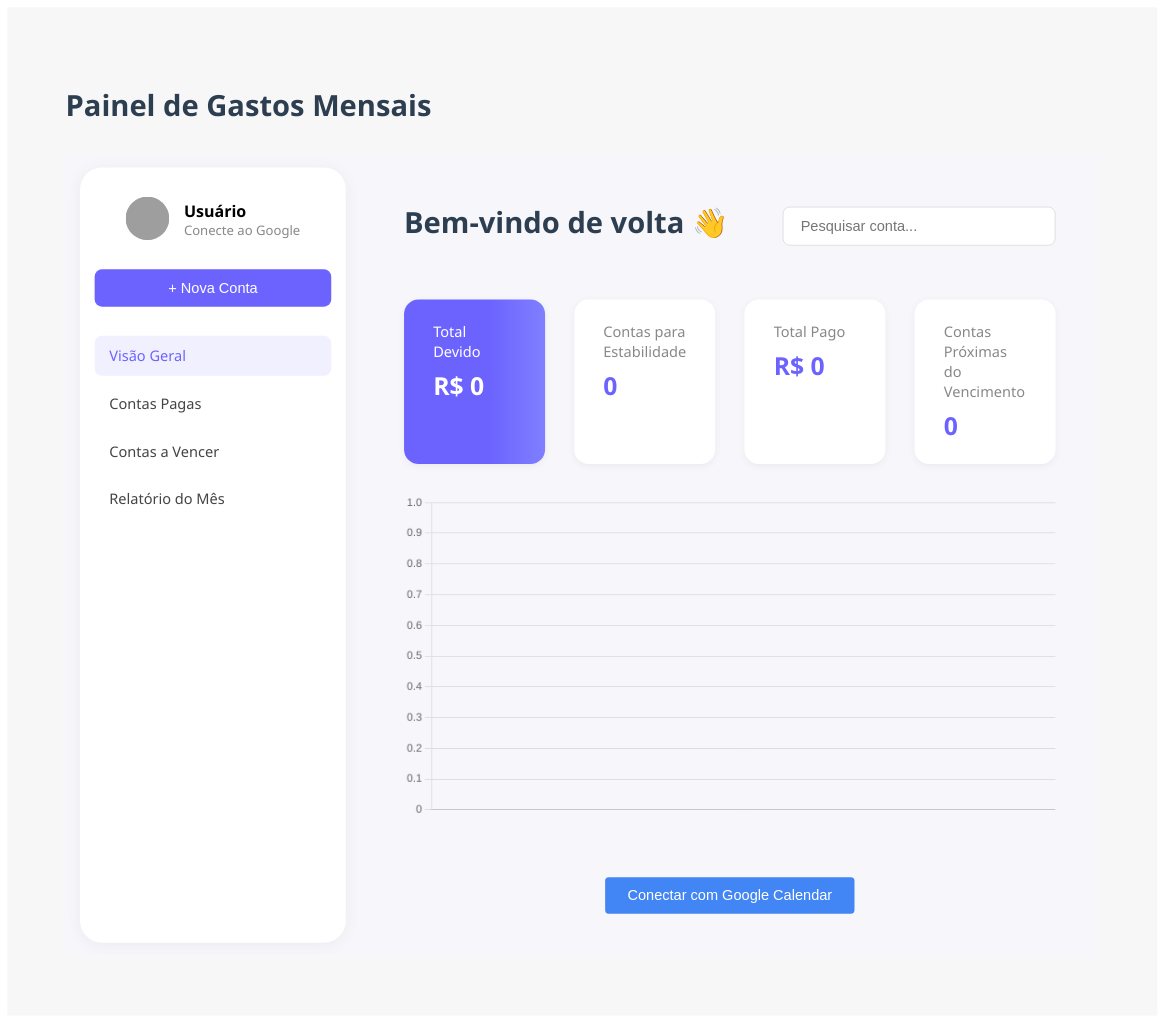
Repository: Matheus904-12/Projects-Part
Page: / (app in Gastos/)
These files come from the project's save history. The page is drawn as it stood at one moment and after the next save; the edit follows.
The browser window is 1280 px wide. The pictures show the whole page, at 91% of full size.
Pictures or frames that could not be fetched are drawn as grey boxes. The project was rebuilt for these pictures with package versions that can differ from the ones it lists, and the page was loaded fresh each time. Also part of the build but not shown: Gastos/src/components/ExportarRelatorio.vue.

Above is the page before, as saved 2025-08-28 20:12:21.

### Gastos/src/App.vue
<template>
  <div id="app">
    <h1>Painel de Gastos Mensais</h1>
    <GastosDashboard />
  </div>
</template>

<script>
import GastosDashboard from './components/GastosDashboard.vue';

export default {
  name: 'App',
  components: {
    GastosDashboard
  }
};
</script>

<style>
#app {
  font-family: 'Segoe UI', Arial, sans-serif;
  background: #f7f7f7;
  min-height: 100vh;
  padding: 2rem;
}
h1 {
  color: #2c3e50;
  margin-bottom: 2rem;
}
</style>

### Gastos/src/components/GastosDashboard.vue
<template>
  <div class="dashboard-layout">
    <aside class="sidebar">
      <div class="profile">
        <img src="https://www.gravatar.com/avatar?d=mp" alt="Avatar" class="avatar" />
        <div>
          <div class="user-name">{{ googleUser.name || 'Usuário' }}</div>
          <div class="user-email">{{ googleUser.email || 'Conecte ao Google' }}</div>
        </div>
      </div>
      <nav>
        <button @click="showForm = true">+ Nova Conta</button>
        <ul>
          <li :class="{active: activeTab === 'overview'}" @click="activeTab = 'overview'">Visão Geral</li>
          <li :class="{active: activeTab === 'paid'}" @click="activeTab = 'paid'">Contas Pagas</li>
          <li :class="{active: activeTab === 'due'}" @click="activeTab = 'due'">Contas a Vencer</li>
          <li :class="{active: activeTab === 'report'}" @click="activeTab = 'report'">Relatório do Mês</li>
        </ul>
      </nav>
    </aside>
    <main class="main-content">
      <header class="main-header">
        <h1>Bem-vindo de volta 👋</h1>
        <input v-model="search" placeholder="Pesquisar conta..." class="search" />
      </header>
      <section v-if="activeTab === 'overview'">
        <div class="cards">
          <div class="card highlight">
            <div class="card-title">Total Devido</div>
            <div class="card-value">R$ {{ totalDevido }}</div>
          </div>
          <div class="card">
            <div class="card-title">Contas para Estabilidade</div>
            <div class="card-value">{{ contasRestantes }}</div>
          </div>
          <div class="card">
            <div class="card-title">Total Pago</div>
            <div class="card-value">R$ {{ totalPago }}</div>
          </div>
          <div class="card">
            <div class="card-title">Contas Próximas do Vencimento</div>
            <div class="card-value">{{ contasVencendo }}</div>
          </div>
        </div>
        <GraficoGastos :gastos="gastos" />
      </section>
      <section v-if="activeTab === 'paid'">
        <h2>Contas Pagas no Mês</h2>
        <ul>
          <li v-for="g in contasPagas" :key="g.id">{{ g.descricao }} - R$ {{ g.valor }} ({{ g.categoria }})</li>
        </ul>
      </section>
      <section v-if="activeTab === 'due'">
        <h2>Contas a Vencer</h2>
        <ul>
          <li v-for="g in contasAVencer" :key="g.id">{{ g.descricao }} - R$ {{ g.valor }} (Vence em {{ g.dataVencimento }})</li>
        </ul>
      </section>
      <section v-if="activeTab === 'report'">
        <ExportarRelatorio :gastos="gastos" />
      </section>
      <section class="calendar-section">
        <GoogleCalendarPanel />
      </section>
      <div v-if="showForm" class="modal">
        <form @submit.prevent="adicionarGasto" class="form-modal">
          <h2>Nova Conta</h2>
          <input v-model="novoGasto.descricao" placeholder="Descrição" required />
          <input v-model.number="novoGasto.valor" type="number" placeholder="Valor" required />
          <input v-model="novoGasto.categoria" placeholder="Categoria" required />
          <input v-model="novoGasto.dataVencimento" type="date" required />
          <button type="submit">Salvar</button>
          <button type="button" @click="showForm = false">Cancelar</button>
        </form>
      </div>
    </main>
  </div>
</template>

<script>
import GraficoGastos from './GraficoGastos.vue';
import ExportarRelatorio from './ExportarRelatorio.vue';
import GoogleCalendarPanel from './GoogleCalendarPanel.vue';

export default {
  name: 'GastosDashboard',
  components: { GraficoGastos, ExportarRelatorio, GoogleCalendarPanel },
  data() {
    return {
      googleUser: {
        name: '',
        email: ''
      },
      activeTab: 'overview',
      showForm: false,
      search: '',
      gastos: [],
      novoGasto: {
        descricao: '',
        valor: 0,
        categoria: '',
        dataVencimento: ''
      }
    };
  },
  computed: {
    totalDevido() {
      return this.gastos.filter(g => !g.pago).reduce((acc, g) => acc + g.valor, 0);
    },
    contasRestantes() {
      return this.gastos.filter(g => !g.pago).length;
    },
    totalPago() {
      return this.gastos.filter(g => g.pago).reduce((acc, g) => acc + g.valor, 0);
    },
    contasVencendo() {
      const hoje = new Date();
      return this.gastos.filter(g => !g.pago && new Date(g.dataVencimento) - hoje < 3 * 24 * 60 * 60 * 1000).length;
    },
    contasPagas() {
      return this.gastos.filter(g => g.pago && this.isMesAtual(g.dataVencimento));
    },
    contasAVencer() {
      const hoje = new Date();
      return this.gastos.filter(g => !g.pago && new Date(g.dataVencimento) >= hoje);
    }
  },
  methods: {
    adicionarGasto() {
      this.gastos.push({ ...this.novoGasto, pago: false, id: Date.now() });
      this.novoGasto = { descricao: '', valor: 0, categoria: '', dataVencimento: '' };
      this.showForm = false;
    },
    removerGasto(index) {
      this.gastos.splice(index, 1);
    },
    marcarComoPago(id) {
      const gasto = this.gastos.find(g => g.id === id);
      if (gasto) gasto.pago = true;
    },
    isMesAtual(data) {
      const d = new Date(data);
      const hoje = new Date();
      return d.getMonth() === hoje.getMonth() && d.getFullYear() === hoje.getFullYear();
    }
  }
};
</script>

<style scoped>
.dashboard-layout {
  display: flex;
  min-height: 100vh;
  background: #f7f7fb;
}
.sidebar {
  width: 260px;
  background: #fff;
  border-radius: 24px;
  margin: 1rem;
  padding: 2rem 1rem;
  box-shadow: 0 2px 16px rgba(44,62,80,0.07);
  display: flex;
  flex-direction: column;
  align-items: center;
}
.profile {
  display: flex;
  align-items: center;
  gap: 1rem;
  margin-bottom: 2rem;
}
.avatar {
  width: 48px;
  height: 48px;
  border-radius: 50%;
  background: #eee;
}
.user-name {
  font-weight: bold;
  font-size: 1.1rem;
}
.user-email {
  font-size: 0.9rem;
  color: #888;
}
nav {
  width: 100%;
}
nav button {
  width: 100%;
  background: #6c63ff;
  color: #fff;
  border: none;
  border-radius: 8px;
  padding: 0.7rem;
  font-size: 1rem;
  margin-bottom: 1rem;
  cursor: pointer;
}
nav ul {
  list-style: none;
  padding: 0;
}
nav li {
  padding: 0.7rem 1rem;
  border-radius: 8px;
  margin-bottom: 0.5rem;
  cursor: pointer;
  color: #444;
  transition: background 0.2s;
}
nav li.active, nav li:hover {
  background: #f0f0ff;
  color: #6c63ff;
}
.main-content {
  flex: 1;
  padding: 2rem 3rem;
  display: flex;
  flex-direction: column;
}
.main-header {
  display: flex;
  justify-content: space-between;
  align-items: center;
  margin-bottom: 2rem;
}
.main-header h1 {
  font-size: 2rem;
  color: #2c3e50;
}
.search {
  padding: 0.7rem 1.2rem;
  border-radius: 8px;
  border: 1px solid #ddd;
  font-size: 1rem;
  width: 260px;
}
.cards {
  display: flex;
  gap: 2rem;
  margin-bottom: 2rem;
}
.card {
  background: #fff;
  border-radius: 16px;
  box-shadow: 0 2px 8px rgba(44,62,80,0.07);
  padding: 1.5rem 2rem;
  flex: 1;
  display: flex;
  flex-direction: column;
  align-items: flex-start;
}
.card-title {
  font-size: 1rem;
  color: #888;
  margin-bottom: 0.5rem;
}
.card-value {
  font-size: 1.7rem;
  font-weight: bold;
  color: #6c63ff;
}
.card.highlight {
  background: linear-gradient(90deg,#6c63ff 60%,#7f7fff 100%);
  color: #fff;
}
.card.highlight .card-title {
  color: #fff;
}
.card.highlight .card-value {
  color: #fff;
}
.calendar-section {
  margin-top: 2rem;
}
.modal {
  position: fixed;
  top: 0; left: 0; right: 0; bottom: 0;
  background: rgba(0,0,0,0.15);
  display: flex;
  align-items: center;
  justify-content: center;
}
.form-modal {
  background: #fff;
  border-radius: 16px;
  box-shadow: 0 2px 16px rgba(44,62,80,0.07);
  padding: 2rem;
  min-width: 320px;
  display: flex;
  flex-direction: column;
  gap: 1rem;
}
.form-modal input, .form-modal button {
  padding: 0.7rem;
  border-radius: 8px;
  border: 1px solid #ddd;
  font-size: 1rem;
}
.form-modal button {
  background: #6c63ff;
  color: #fff;
  border: none;
  cursor: pointer;
}
</style>

### Gastos/src/components/GraficoGastos.vue
<template>
  <div>
    <canvas ref="canvas"></canvas>
  </div>
</template>

<script>
import { onMounted, ref, watch } from 'vue';
import Chart from 'chart.js/auto';

export default {
  name: 'GraficoGastos',
  props: {
    gastos: {
      type: Array,
      required: true
    }
  },
  setup(props) {
    const canvas = ref(null);
    let chartInstance = null;

    const renderChart = () => {
      const categorias = {};
      props.gastos.forEach(g => {
        categorias[g.categoria] = (categorias[g.categoria] || 0) + g.valor;
      });
      const data = {
        labels: Object.keys(categorias),
        datasets: [{
          label: 'Gastos por Categoria',
          data: Object.values(categorias),
          backgroundColor: ['#2c3e50', '#3498db', '#e67e22', '#e74c3c', '#1abc9c']
        }]
      };
      if (chartInstance) chartInstance.destroy();
      chartInstance = new Chart(canvas.value, {
        type: 'bar',
        data,
        options: {
          responsive: true,
          plugins: {
            legend: { display: false }
          }
        }
      });
    };

    onMounted(renderChart);
    watch(() => props.gastos, renderChart, { deep: true });

    return { canvas };
  }
};
</script>

### Gastos/src/components/GoogleCalendarPanel.vue
<template>
  <div class="calendar-panel">
    <button @click="loginGoogle">Conectar com Google Calendar</button>
    <div v-if="calendarUrl">
      <iframe :src="calendarUrl" width="100%" height="600" style="border:0;"></iframe>
    </div>
  </div>
</template>

<script>
export default {
  name: 'GoogleCalendarPanel',
  data() {
    return {
      calendarUrl: ''
    };
  },
  methods: {
    loginGoogle() {
      // Substitua pelo seu calendarId do Google
      const calendarId = 'primary';
      // Exemplo de URL pública do Google Calendar (para visualização mensal)
      this.calendarUrl = `https://calendar.google.com/calendar/embed?src=${calendarId}&ctz=America/Sao_Paulo`;
      // Para integração OAuth2 real, utilize a API do Google
    }
  }
};
</script>

<style scoped>
.calendar-panel {
  margin-top: 2rem;
  text-align: center;
}
button {
  background: #4285f4;
  color: #fff;
  border: none;
  padding: 0.7rem 1.5rem;
  border-radius: 4px;
  font-size: 1rem;
  cursor: pointer;
  margin-bottom: 1rem;
}
iframe {
  border-radius: 8px;
  box-shadow: 0 2px 8px rgba(0,0,0,0.05);
}
</style>

Loaded but not shown: Gastos/src/main.js (common file)

After the next save:
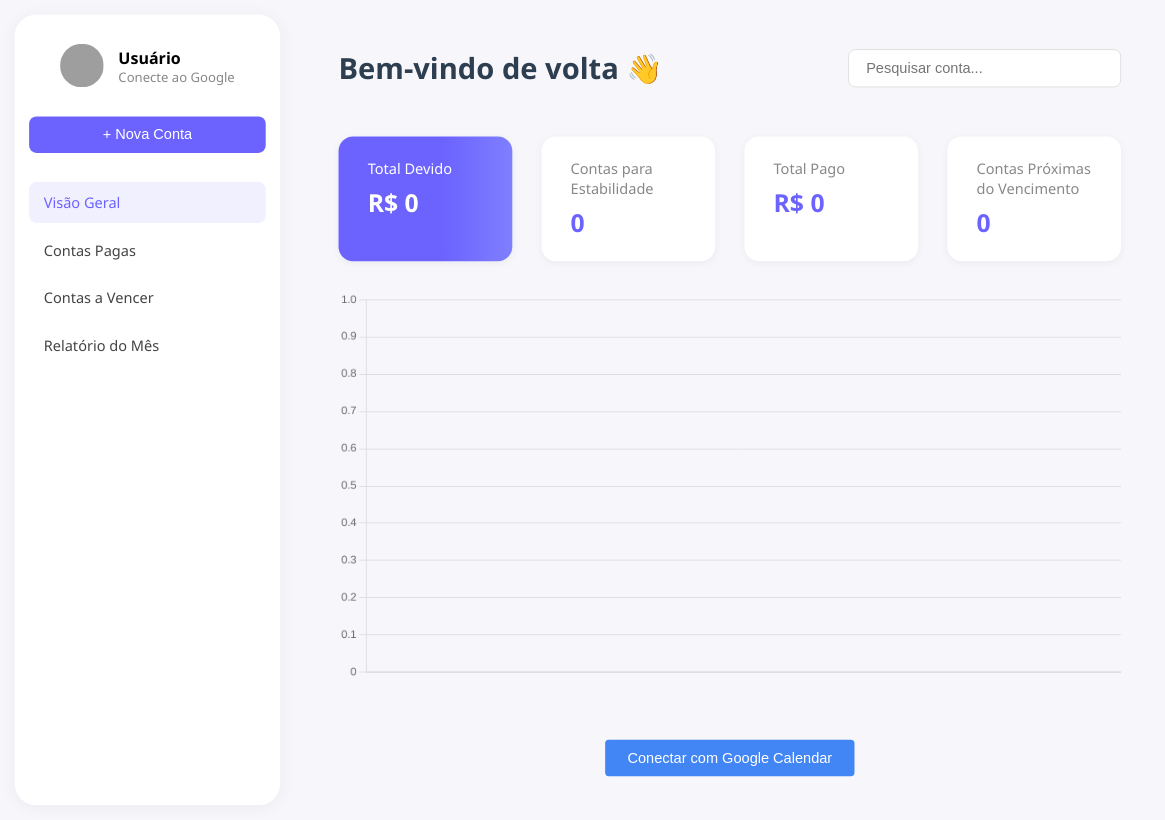
Saved 86 s later.
--- a/Gastos/src/App.vue
+++ b/Gastos/src/App.vue
@@ -1,8 +1,5 @@
 <template>
-  <div id="app">
-    <h1>Painel de Gastos Mensais</h1>
-    <GastosDashboard />
-  </div>
+  <GastosDashboard />
 </template>
 
 <script>
@@ -17,14 +14,9 @@ export default {
 </script>
 
 <style>
-#app {
+body {
   font-family: 'Segoe UI', Arial, sans-serif;
-  background: #f7f7f7;
-  min-height: 100vh;
-  padding: 2rem;
-}
-h1 {
-  color: #2c3e50;
-  margin-bottom: 2rem;
+  background: #f7f7fb;
+  margin: 0;
 }
 </style>
